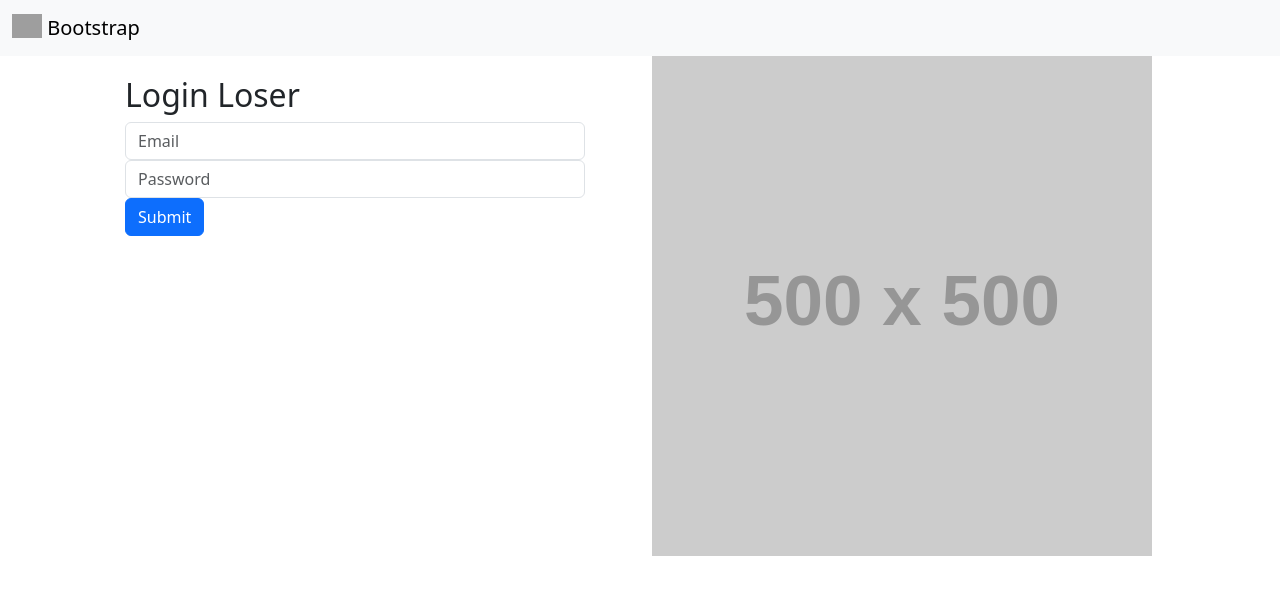
Repository: DavidDontKnow/BootlegTwitter
Page: html/login.html
These files come from the project's save history. The page is drawn as it stood at one moment and after the next save; the edit follows.
The browser window is 1280 px wide. The pictures show the whole page.
Pictures or frames that could not be fetched are drawn as grey boxes.

Above is the page before, as saved 2023-04-05 15:18:02.

### html/login.html
<!DOCTYPE html>
<html lang="en">
<head>
    <meta charset="UTF-8">
    <meta http-equiv="X-UA-Compatible" content="IE=edge">
    <meta name="viewport" content="width=device-width, initial-scale=1.0">
    <link href="https://cdn.jsdelivr.net/npm/bootstrap@5.3.0-alpha3/dist/css/bootstrap.min.css" rel="stylesheet" integrity="sha384-KK94CHFLLe+nY2dmCWGMq91rCGa5gtU4mk92HdvYe+M/SXH301p5ILy+dN9+nJOZ" crossorigin="anonymous">
    <style>
        .login-form{
            max-width: 500px;
            margin: 0 auto;
            padding: 20px;
        }

        .login-form img{
            width: 100%;
            height: auto;
        }
    </style>
    <title>Login</title>
</head>
<body>
    <nav class="navbar bg-body-tertiary">
        <div class="container-fluid">
          <a class="navbar-brand" href="#">
            <img src="/docs/5.3/assets/brand/bootstrap-logo.svg" alt="Logo" width="30" height="24" class="d-inline-block align-text-top">
            Bootstrap
          </a>
        </div>
      </nav>
    <div class="container">
        <div class="row">
            <div class="col-md-6">
                <div class="login-form">
                    <h2>Login Loser</h2>
                    <form>
                        <div class="form-group">
                            <input type="email" class="form-control" id="email" name="email" placeholder="Email">

                        </div>
                        <div class="form-group">
                            <input type="password" class="form-control" id="password" name="password" placeholder="Password">

                        </div>
                        <button type="submit" class="btn btn-primary">Submit</button>
                    </form>
                </div>
            </div>
            <div class="col-md-6">
                <img src="https://via.placeholder.com/500x500?text=Image" alt="image">
            </div>
        </div>
    </div>


<script src="https://cdn.jsdelivr.net/npm/bootstrap@5.3.0-alpha3/dist/js/bootstrap.min.js" integrity="sha384-Y4oOpwW3duJdCWv5ly8SCFYWqFDsfob/3GkgExXKV4idmbt98QcxXYs9UoXAB7BZ" crossorigin="anonymous"></script>
</body>
</html>

After the next save:
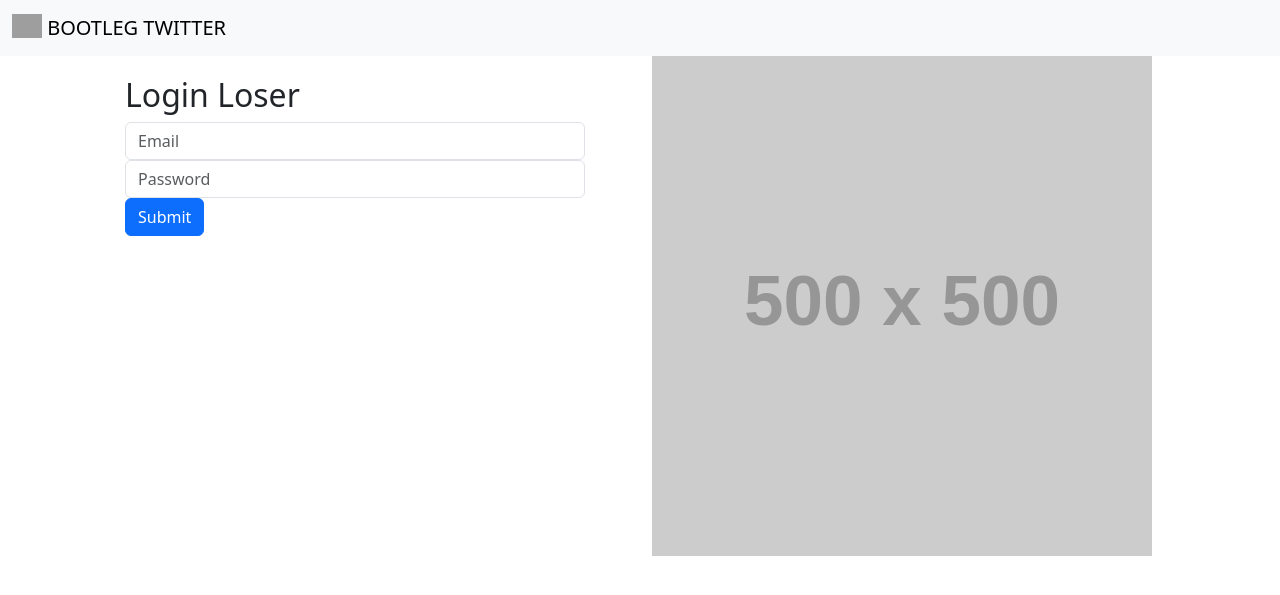
Saved 99 s later.
--- a/html/login.html
+++ b/html/login.html
@@ -16,6 +16,9 @@
             width: 100%;
             height: auto;
         }
+        .form-group{
+            margin-bottom: 1 rem;
+        }
     </style>
     <title>Login</title>
 </head>
@@ -24,7 +27,7 @@
         <div class="container-fluid">
           <a class="navbar-brand" href="#">
             <img src="/docs/5.3/assets/brand/bootstrap-logo.svg" alt="Logo" width="30" height="24" class="d-inline-block align-text-top">
-            Bootstrap
+            BOOTLEG TWITTER
           </a>
         </div>
       </nav>
